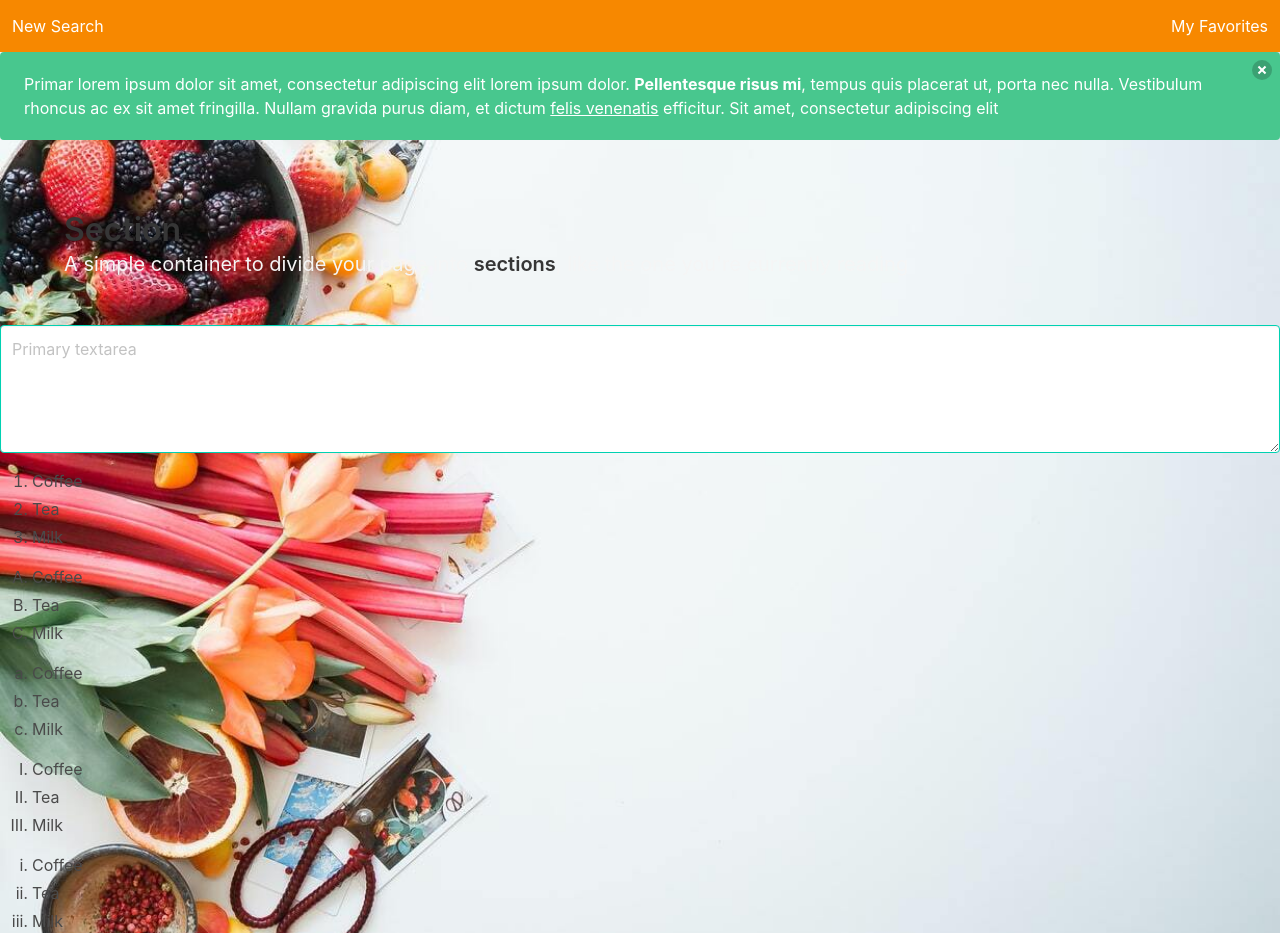
Repository: puakehaulani/the-hungry-app-proj1
Page: assets/style/Results.html
An editor plug-in stored every save of this project. The page is shown before and after the next save, followed by the edit.
The browser window is 1280 px wide. The pictures show the whole page.

Above is the page before, as saved 2020-10-15 19:29:10.

### assets/style/Results.html
<!DOCTYPE html>
<html lang="en">

<head>
    <meta charset="UTF-8">
    <meta name="viewport" content="width=device-width, initial-scale=1.0">
    <title>Hungry app</title>
    <link rel="stylesheet" href="https://cdn.jsdelivr.net/npm/bulma@0.9.1/css/bulma.min.css">
    <link rel="stylesheet" href="./style.css">
    <meta name="viewport" content="width=device-width, initial-scale=1">
</head>

<body>
  <nav class="navbar" role="navigation" aria-label="main navigation">
    <div class="navbar-menu">
        <div class="navbar-item">
            <a href="index.html">New Search</a>
        </div>
    </div>

    <div class="navbar-end">
        <div class="navbar-item">
            <a href="favorites.html">My Favorites </a>
        </div>

    </div>
</nav>
      <div class="notification is-success">
        <button class="delete"></button>
        Primar lorem ipsum dolor sit amet, consectetur
        adipiscing elit lorem ipsum dolor. <strong>Pellentesque risus mi</strong>, tempus quis placerat ut, porta nec nulla. Vestibulum rhoncus ac ex sit amet fringilla. Nullam gravida purus diam, et dictum <a>felis venenatis</a> efficitur. Sit amet,
        consectetur adipiscing elit
      </div>
      <body>
        <section class="section">
          <div class="container">
            <h1 class="title">Section</h1>
            <h2 class="subtitle has-text-light">
              A simple container to divide your page into <strong>sections</strong>, like the one you're currently reading
            </h2>
          </div>
        </section>

        <div class="field">
          <div class="control">
            <textarea class="textarea is-primary" placeholder="Primary textarea"></textarea>
          </div>
        </div>

        <div class="content">
          <ol type="1">
            <li>Coffee</li>
            <li>Tea</li>
            <li>Milk</li>
          </ol>
          <ol type="A">
            <li>Coffee</li>
            <li>Tea</li>
            <li>Milk</li>
          </ol>
          <ol type="a">
            <li>Coffee</li>
            <li>Tea</li>
            <li>Milk</li>
          </ol>
          <ol type="I">
            <li>Coffee</li>
            <li>Tea</li>
            <li>Milk</li>
          </ol>
          <ol type="i">
            <li>Coffee</li>
            <li>Tea</li>
            <li>Milk</li>
          </ol>
        </div>
</body>

</html>

### assets/style/style.css

html{
    background-image: url(images/foodOnSIde.jpg);
    background-size: cover;
    background-repeat: no-repeat;
}

.navbar{
    background-color: #F78800;
}

.navbar-item{
    color: white;
}

.navbar-item a{
    color: white;
}

.button{
    background-color: #f78800;
    color: white;
}

#ingredientSearch{
    display: inline-block;
}

th{
    background-color: #f78800;
    color: white !important;
}

/* Elements that only exist on results html*/

#favRecipes{
    min-height: 300px;
    color: black;
    background-color: white;
    border-style: solid;
    border-width: 2px;
    border-radius: 15px;
    border-color: #F78800;
}

#favRecipes h1{
    background-color: #F78800;
    font-size: 2rem;
    color: white;
    border-radius: 10px;
}

#favJokes{
    min-height: 300px;
    color: black;
    background-color: white;
    border-style: solid;
    border-width: 2px;
    border-radius: 15px;
    border-color: #F78800;
}

#favJokes h1{
    background-color: #F78800;
    font-size: 2rem;
    color: white;
    border-radius: 10px;
}

After the next save:
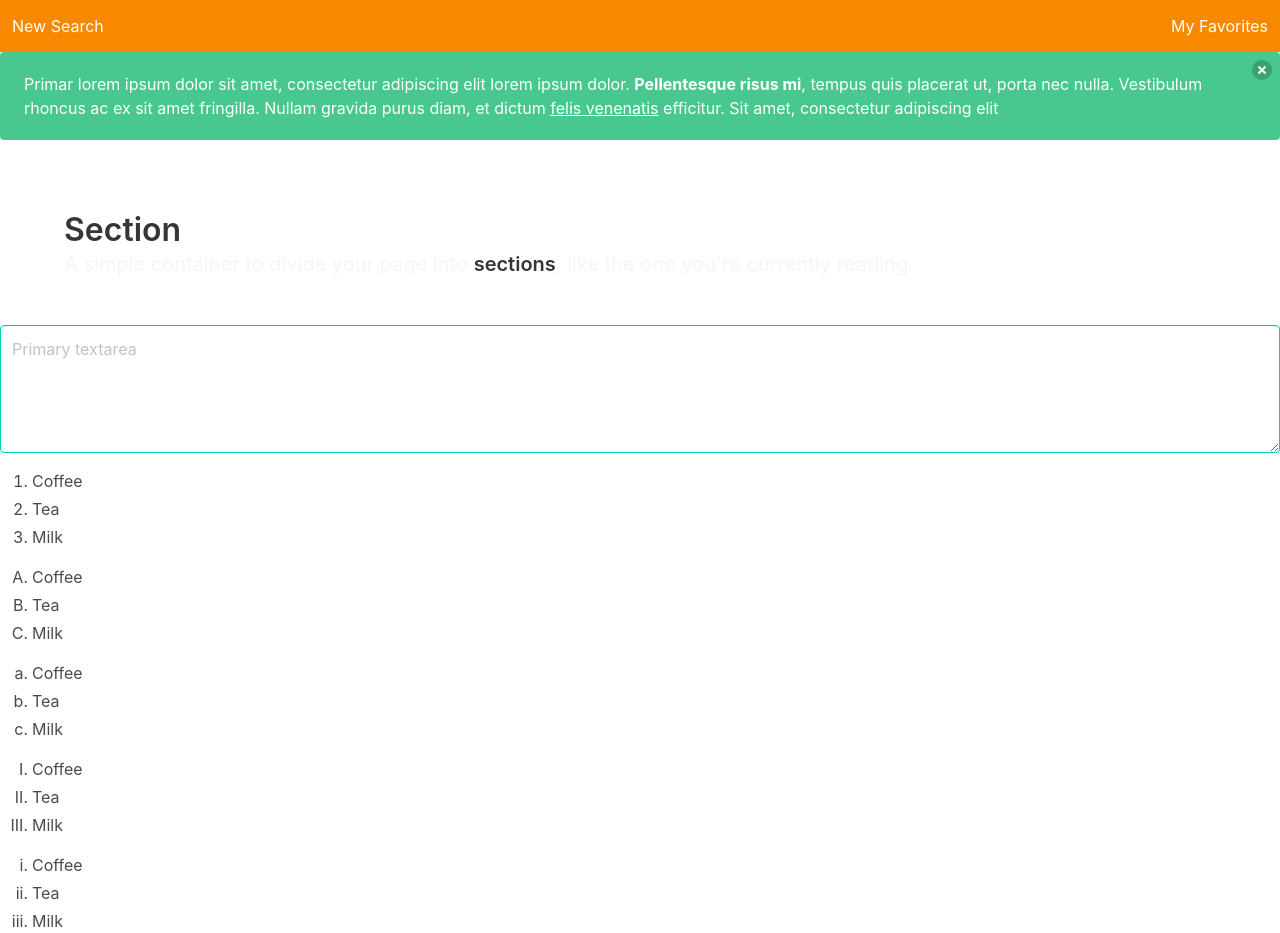
Saved 4 min 45 s later.
--- a/assets/style/style.css
+++ b/assets/style/style.css
@@ -1,6 +1,6 @@
 
 html{
-    background-image: url(images/foodOnSIde.jpg);
+    background-image: url ("https://images.unsplash.com/photo-1515003197210-e0cd71810b5f?ixlib=rb-1.2.1&ixid=eyJhcHBfaWQiOjEyMDd9&auto=format&fit=crop&w=1350&q=80");
     background-size: cover;
     background-repeat: no-repeat;
 }
